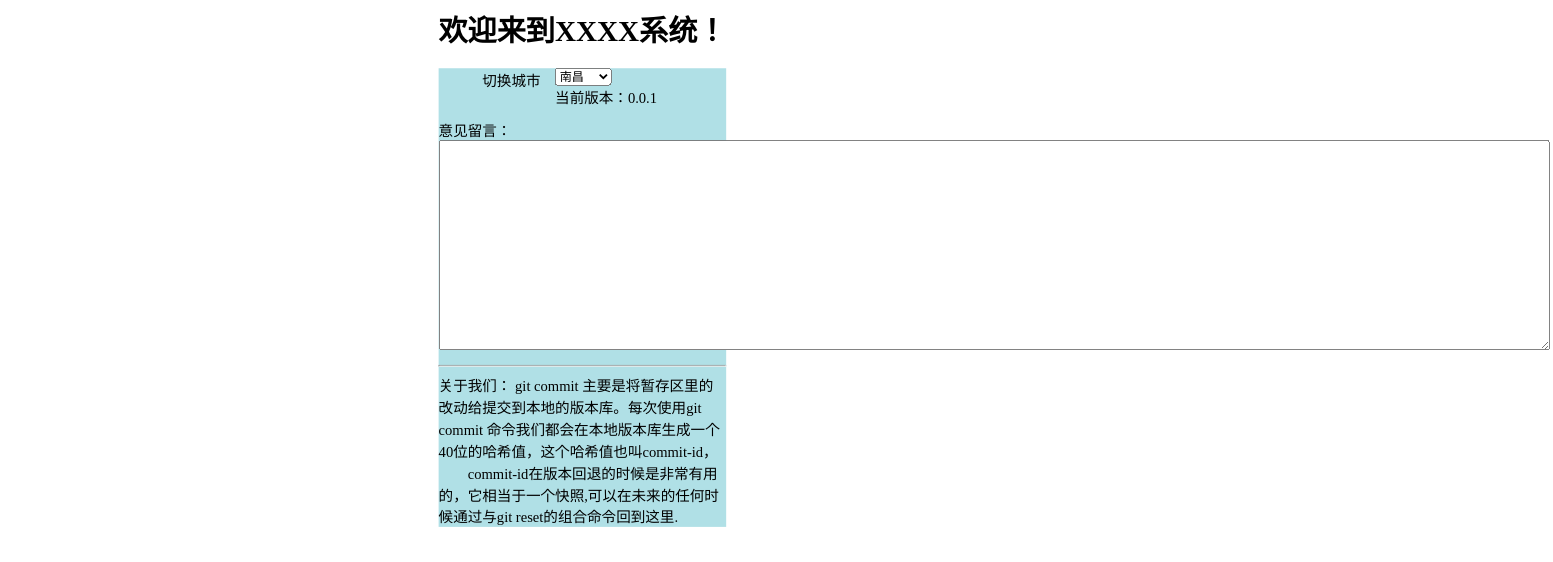
Repository: never-404/Intelligent-recommendation-system
Page: http://localhost/Intelligent-recommendation-system/mine.jsp
An editor plug-in stored every save of this project. The page is shown before and after the next save, followed by the edit.
The browser window is 1280 px wide. The page is 1707 px wide, then 1280 px, so the pictures cover 1707 px, including what lies to the right of the window. The pictures show the whole page, at 91% of full size.
The page is served by Tomcat 9. Nobody is signed in. The application's start-up code is not run. Other server files are loaded and not shown.

Above is the page before, as saved 2019-04-12 10:03:58.

### Intelligent-recommendation-system/WebRoot/mine.jsp
<%@ page language="java" contentType= "text/html;charset=gb2312" %>
<html>

	<head>
		<title>登录页面</title>
	    <meta charset="utf-8">

		<style type="text/css">
		.title
		{
			margin:auto;
			width:25%;
			background-color:#b0e0e6;
		}
		.table
		{
			margin:auto;
			width:25%;
			background-color:#b0e0e6;
		}
		lable { float: left; width: 7em; margin-right:1em; text-align: right; }
		h1	  {text-align: center}

        .a{
            text-align:center;
            vertical-align:middle;
        }
        img{max-width: 100%; height:auto;}

</style>
	</head>

	<body>

	<h1>欢迎来到XXXX系统！</h1>
    <div class="table">
    	<lable>切换城市</lable>
    	<select>
    		<option>南昌</option>
    		<option>北京</option>
    		<option>黑龙江</option>
    	</select>
        <br>
        <lable>当前版本：0.0.1</lable>
        <br>
    <br>
	<form>
		意见留言：<br>
		<textarea rows="15" cols="150"></textarea><br>
	</form>
	<hr>
	关于我们： git commit 主要是将暂存区里的改动给提交到本地的版本库。每次使用git commit 命令我们都会在本地版本库生成一个40位的哈希值，这个哈希值也叫commit-id，
　　commit-id在版本回退的时候是非常有用的，它相当于一个快照,可以在未来的任何时候通过与git reset的组合命令回到这里.
        <br>

	</div>

	</body>


</html>

After the next save:
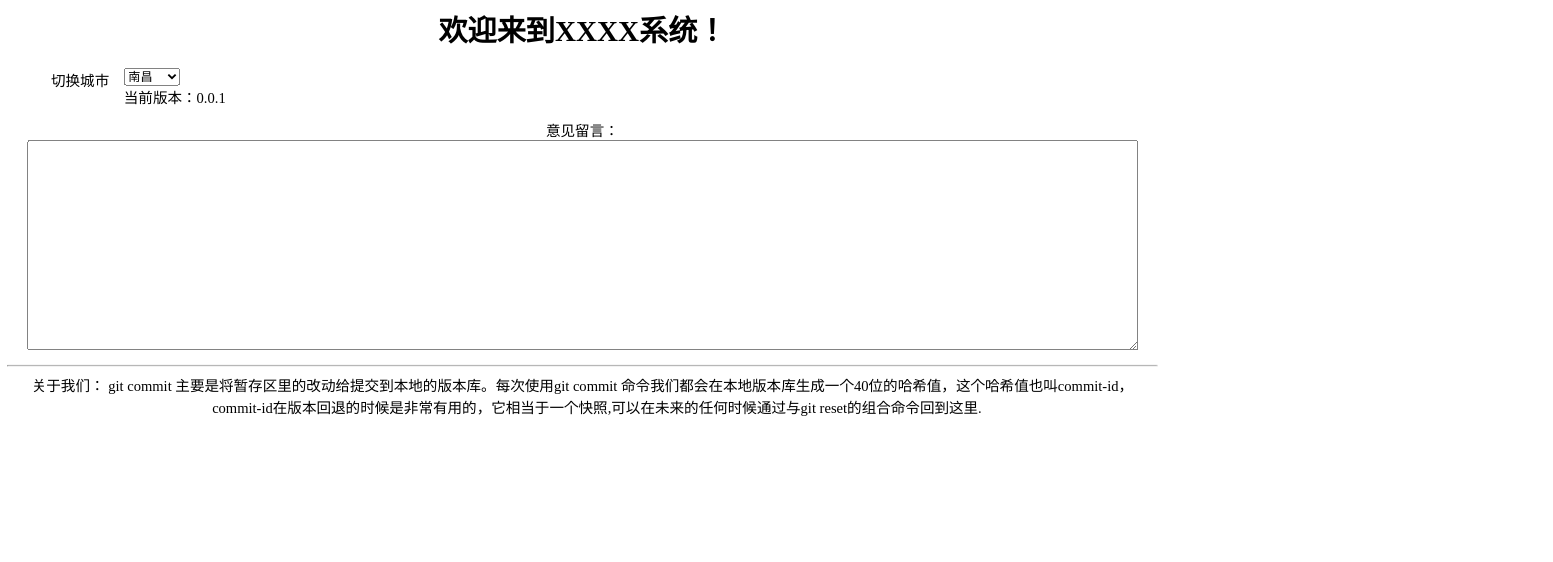
Saved 18 s later.
--- a/Intelligent-recommendation-system/WebRoot/mine.jsp
+++ b/Intelligent-recommendation-system/WebRoot/mine.jsp
@@ -33,7 +33,7 @@
 	<body>
 
 	<h1>欢迎来到XXXX系统！</h1>
-    <div class="table">
+
     	<lable>切换城市</lable>
     	<select>
     		<option>南昌</option>
@@ -44,6 +44,7 @@
         <lable>当前版本：0.0.1</lable>
         <br>
     <br>
+    <div class="a">
 	<form>
 		意见留言：<br>
 		<textarea rows="15" cols="150"></textarea><br>
